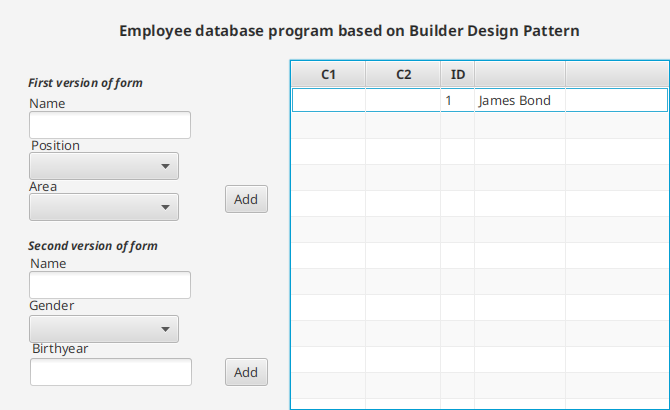
Repository: DanielCsonka987/JavaPrograms_programPatterns
Program's window: java OOP_ProgPat_Builder/src/application/Main.java
An editor plug-in stored every save of this project. The program's window is shown before and after the next save, followed by the edit.
It runs on Java 21 on a 1366 x 768 screen with JavaFX 11; the title bar is not drawn.

Above is the program's window before, as saved 2019-10-21 12:06:58.

### OOP_ProgPat_Builder/src/application/Main.java
package application;

import javafx.application.Application;
import javafx.stage.Stage;
import javafx.scene.Scene;
import javafx.scene.layout.BorderPane;
import javafx.fxml.FXMLLoader;


public class Main extends Application {
	@Override
	public void start(Stage primaryStage) {
		try {
			BorderPane root = (BorderPane)FXMLLoader.load(getClass().getResource("MainWindow.fxml"));
			Scene scene = new Scene(root,670,410);
			scene.getStylesheets().add(getClass().getResource("application.css").toExternalForm());
			primaryStage.setScene(scene);
			primaryStage.show();
		} catch(Exception e) {
			e.printStackTrace();
		}
	}

	public static void main(String[] args) {
		launch(args);
	}
}

### OOP_ProgPat_Builder/src/application/MainWindowController.java
package application;

import java.net.URL;
import java.util.ResourceBundle;

import javafx.collections.FXCollections;
import javafx.collections.ObservableList;
import javafx.event.ActionEvent;
import javafx.fxml.FXML;
import javafx.fxml.Initializable;
import javafx.scene.control.Button;
import javafx.scene.control.ComboBox;
import javafx.scene.control.TableColumn;
import javafx.scene.control.TableView;
import javafx.scene.control.TextField;

public class MainWindowController implements Initializable {
	@FXML
	private TableView<Employee> tableEmployee;

	@FXML
	private TableColumn<Employee, Number> ids;
	@FXML
	private TableColumn<Employee, String> names;
	@FXML
	private TableColumn<Employee, String> genders;
	@FXML
	private TableColumn<Employee, Number> birthYears;
	@FXML
	private TableColumn<Employee, String> positions;
	@FXML
	private TableColumn<Employee, String> areas;

	@FXML
	private TextField txtFieldName1;

	@FXML
	private Button btnAddOne;

	@FXML
	private Button btnAddTwo;

	@FXML
	private ComboBox<String> cmbbxPosit;

	@FXML
	private ComboBox<String> cmbbxArea;

	@FXML
	private TextField txtFieldName2;

	@FXML
	private ComboBox<String> cmbbxGender;

	@FXML
	private TextField txtFieldBirth;

	private ObservableList<Employee> list;
	private Integer counter = 1;

	@Override
	public void initialize(URL location, ResourceBundle resources) {
		list = FXCollections.observableArrayList();

		loadInTestData();
		adjustAndLoadInTableView();
	}

	private void adjustAndLoadInTableView() {

		ids = new TableColumn<Employee, Number>("ID");
		ids.setCellValueFactory(c -> c.getValue().getIdProp());
		names = new TableColumn<Employee, String>();
		names.setCellValueFactory(c -> c.getValue().getNameProp());
		genders = new TableColumn<Employee, String>();
		genders.setCellValueFactory(c -> c.getValue().getGenderProp());
		birthYears = new TableColumn<Employee, Number>();
		birthYears.setCellValueFactory(c -> c.getValue().getBirthYearProp());
		positions = new TableColumn<Employee, String>();
		positions.setCellValueFactory(c -> c.getValue().getPositionProp());
		areas = new TableColumn<Employee, String>();
		areas.setCellValueFactory(c -> c.getValue().getAreaProp());

		tableEmployee.getColumns().addAll(ids, names);
		tableEmployee.setItems(list);
	}

	private void loadInTestData() {
		list.add(new Employee(counter, "James Bond", "male", 1932, "Director", "NewYork"));
		counter++;
	}

	@FXML
	void saveFirstFormContent(ActionEvent event) {
		if(reviseFormOneFilled()){
			Employee emp = new EmployeeBuilder(counter, txtFieldName1.getText())
					.setArea(cmbbxArea.getSelectionModel().getSelectedItem())
					.setPosition(cmbbxGender.getSelectionModel().getSelectedItem())
					.finishBuild();
			list.add(emp);
			counter++;
		}
	}

	private boolean reviseFormOneFilled() {
		// TODO Auto-generated method stub
		return false;
	}

	@FXML
	void saveSecondFromContent(ActionEvent event) {

	}

}

### OOP_ProgPat_Builder/src/application/Employee.java
package application;

import javafx.beans.property.SimpleIntegerProperty;
import javafx.beans.property.SimpleStringProperty;


public class Employee {
	private SimpleIntegerProperty id;
	private SimpleStringProperty name;
	private SimpleStringProperty gender;
	private SimpleIntegerProperty birthYear;
	private SimpleStringProperty position;
	private SimpleStringProperty area;
	public Employee(Integer id, String name, String gender, Integer birthYear, String position, String area) {
		super();
		this.id = new SimpleIntegerProperty();
		this.id.setValue(id);
		this.name = new SimpleStringProperty();
		this.name.set(name);
		this.gender = new SimpleStringProperty();
		this.gender.set(gender);
		this.birthYear = new SimpleIntegerProperty();
		this.birthYear.set(birthYear);
		this.position = new SimpleStringProperty();
		this.position.set(position);
		this.area = new SimpleStringProperty();
		this.area.set(area);
	}
	public SimpleIntegerProperty getIdProp() {
		return id;
	}
	public SimpleStringProperty getNameProp() {
		return name;
	}
	public SimpleStringProperty getGenderProp() {
		return gender;
	}
	public SimpleIntegerProperty getBirthYearProp() {
		return birthYear;
	}
	public SimpleStringProperty getPositionProp() {
		return position;
	}
	public SimpleStringProperty getAreaProp() {
		return area;
	}


}

### OOP_ProgPat_Builder/src/application/MainWindow.fxml
<?xml version="1.0" encoding="UTF-8"?>

<?import javafx.scene.control.Button?>
<?import javafx.scene.control.ComboBox?>
<?import javafx.scene.control.Label?>
<?import javafx.scene.control.TableColumn?>
<?import javafx.scene.control.TableView?>
<?import javafx.scene.control.TextField?>
<?import javafx.scene.layout.AnchorPane?>
<?import javafx.scene.layout.BorderPane?>
<?import javafx.scene.text.Font?>
<?import java.lang.String?>
<?import javafx.collections.FXCollections?>

<BorderPane xmlns="http://javafx.com/javafx/8.0.171" xmlns:fx="http://javafx.com/fxml/1" fx:controller="application.MainWindowController">
   <right>
      <TableView fx:id="tableEmployee" prefHeight="350.0" prefWidth="380.0" BorderPane.alignment="CENTER">
        <columns>
          <TableColumn prefWidth="75.0" text="C1" />
          <TableColumn prefWidth="75.0" text="C2" />
        </columns>
      </TableView>
   </right>
   <left>
      <AnchorPane prefHeight="350.0" prefWidth="290.0" BorderPane.alignment="CENTER">
         <children>
            <TextField fx:id="txtFieldName1" layoutX="29.0" layoutY="51.0" />
            <Button fx:id="btnAddOne" layoutX="225.0" layoutY="125.0" mnemonicParsing="false" onAction="#saveFirstFormContent" text="Add" />
            <Button fx:id="btnAddTwo" layoutX="225.0" layoutY="298.0" mnemonicParsing="false" onAction="#saveSecondFromContent" text="Add" />
            <ComboBox fx:id="cmbbxPosit" layoutX="29.0" layoutY="92.0" prefWidth="150.0">
            	<items>
            		<FXCollections fx:factory="observableArrayList">
            		    <String fx:value="Accountant" />
            			<String fx:value="Assistant" />
            			<String fx:value="Director" />
            			<String fx:value="HumanResource" />
            		</FXCollections>
            	</items>
            </ComboBox>
            <ComboBox fx:id="cmbbxArea" layoutX="29.0" layoutY="133.0" prefWidth="150.0">
            	<items>
            	    <FXCollections fx:factory="observableArrayList">
            		    <String fx:value="Institute of NewYork" />
            			<String fx:value="Institute of Berlin" />
            			<String fx:value="Institute of Prague" />
            		</FXCollections>
            	</items>
            </ComboBox>
            <TextField fx:id="txtFieldName2" layoutX="29.0" layoutY="211.0" />
            <ComboBox fx:id="cmbbxGender" layoutX="29.0" layoutY="255.0" prefWidth="150.0">
                <items>
            	   <FXCollections fx:factory="observableArrayList">
            		    <String fx:value="Male" />
            			<String fx:value="Female" />
            		</FXCollections>
            	</items>
            </ComboBox>
            <TextField fx:id="txtFieldBirth" layoutX="30.0" layoutY="298.0" />
            <Label layoutX="30.0" layoutY="194.0" text="Name" />
            <Label layoutX="29.0" layoutY="236.0" text="Gender" />
            <Label layoutX="32.0" layoutY="279.0" text="Birthyear" />
            <Label layoutX="29.0" layoutY="34.0" text="Name" />
            <Label layoutX="31.0" layoutY="76.0" text="Position" />
            <Label layoutX="29.0" layoutY="117.0" text="Area" />
            <Label layoutX="28.0" layoutY="177.0" text="Second version of form">
               <font>
                  <Font name="System Bold Italic" size="12.0" />
               </font>
            </Label>
            <Label layoutX="28.0" layoutY="14.0" text="First version of form">
               <font>
                  <Font name="System Bold Italic" size="12.0" />
               </font>
            </Label>
         </children>
      </AnchorPane>
   </left>
   <top>
      <AnchorPane prefHeight="60.0" prefWidth="580.0" BorderPane.alignment="CENTER">
         <children>
            <Label layoutX="119.0" layoutY="20.0" text="Employee database program based on Builder Design Pattern">
               <font>
                  <Font name="System Bold" size="15.0" />
               </font>
            </Label>
         </children>
      </AnchorPane>
   </top>
</BorderPane>

Loaded but not shown: OOP_ProgPat_Builder/src/application/application.css (common file)

After the next save:
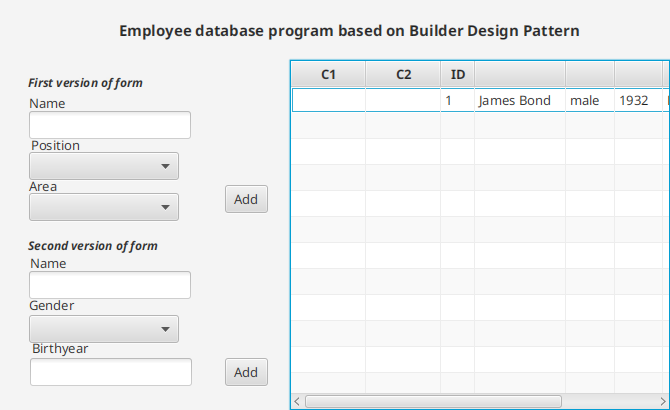
Saved 24 s later.
--- a/OOP_ProgPat_Builder/src/application/MainWindowController.java
+++ b/OOP_ProgPat_Builder/src/application/MainWindowController.java
@@ -81,7 +81,7 @@
 		areas = new TableColumn<Employee, String>();
 		areas.setCellValueFactory(c -> c.getValue().getAreaProp());
 
-		tableEmployee.getColumns().addAll(ids, names);
+		tableEmployee.getColumns().addAll(ids, names, genders, birthYears, positions, areas);
 		tableEmployee.setItems(list);
 	}
 
